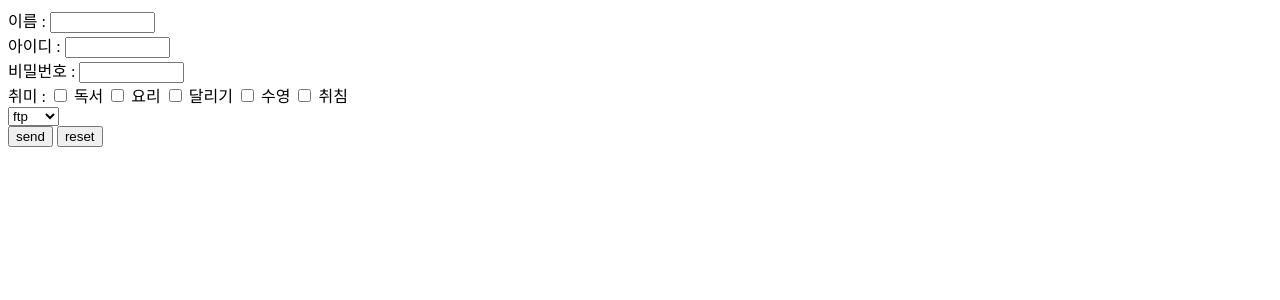
Repository: kimhun456/JSPLearn
Page: HelloWorld/WebContent/form.html
The author's editor kept a copy of each file at every save. The page is drawn from the files as they stood at one save, then again after the next save.
The browser window is 1280 px wide. The pictures show the whole page.

Above is the page before, as saved 2015-06-27 12:56:56.

After the next save:
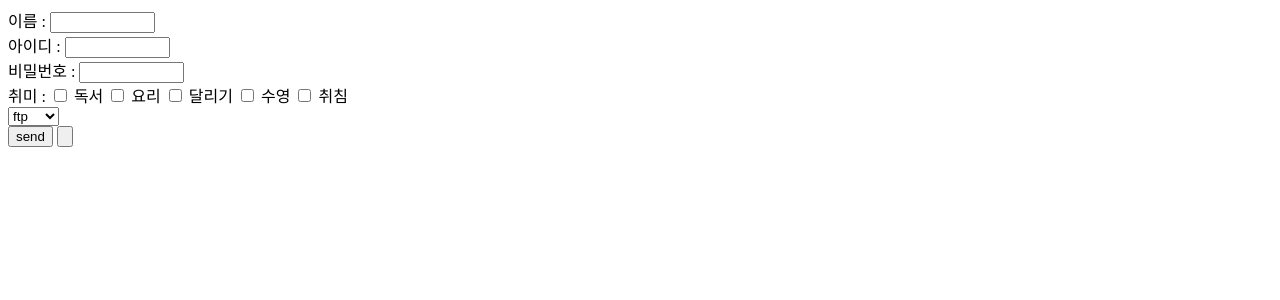
Saved 2 s later.
--- a/HelloWorld/WebContent/form.html
+++ b/HelloWorld/WebContent/form.html
@@ -7,22 +7,25 @@
 <body>
 
 	<form action="HelloWorld" method="post">
-		이름 : <input type="text" name="name" size="10"><br /> 아이디 : <input
-			type="text" name="id" size="10"><br /> 비밀번호 : <input
-			type="password" name="pw" size="10"><br /> 취미 : <input
-			type="checkbox" name="hobby" value="read"> 독서 <input
-			type="checkbox" name="hobby" value="cook"> 요리 <input
-			type="checkbox" name="hobby" value="run"> 달리기 <input
-			type="checkbox" name="hobby" value="swim"> 수영 <input
-			type="checkbox" name="hobby" value="sleep"> 취침 <br /> <select
-			name="protocol">
-			<option value="http">http</option>
-			<option value="ftp" selected="selected">ftp</option>
-			<option value="smtp">smtp</option>
-			<option value="pop">pop</option>
+		이름 : <input type="text" name="name" size="10"><br/>
+		아이디 : <input type="text" name="id" size="10"><br/>
+		비밀번호 :  <input type="password" name="pw" size="10"><br/>
+		취미 : <input type="checkbox" name="hobby" value="read" > 독서
+		<input type="checkbox" name="hobby" value="cook" > 요리
+		<input type="checkbox" name="hobby" value="run" > 달리기
+		<input type="checkbox" name="hobby" value="swim" > 수영
+		<input type="checkbox" name="hobby" value="sleep" > 취침  <br />
 
-		</select><br /> <input type="submit" value="send"> <input type="reset"
-			value="reset">
+		<select name = "protocol">
+			<option value="http"> http</option>
+			<option value="ftp" selected="selected"> ftp</option>
+			<option value="smtp"> smtp</option>
+			<option value="pop"> pop</option>
+
+		</select><br/>
+
+		<input type = "submit" value="send" >
+		<input type="reset" value = "">
 
 	</form>
 
